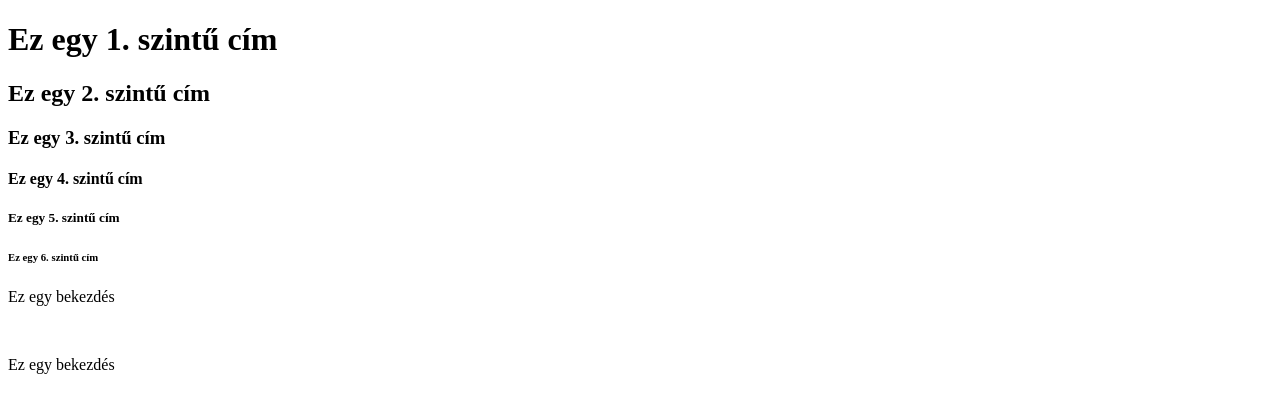
Repository: doomhyena/Web
Page: 2.óra/inedx.html
An editor plug-in stored every save of this project. The page is shown before and after the next save, followed by the edit.
The browser window is 1280 px wide. The pictures show the whole page.

Above is the page before, as saved 2024-09-13 10:43:11.

### 2.óra/inedx.html
<!DOCTYPE html>
<html>
   <head>
       <!-- ITT ADHATOD MEG AZ OLDAL NEVÉT -->
       <title>2.óra</title>

       <!-- AZ OLDALLAL KAPCSOLATOS FONTOS ADATOK -->
       <meta charset='UTF-8'>
       <meta name='description' content='2.óra // 2024.09.13'>
       <meta name='keywords' content='Keresést, Segítő, Szavak, Vesszővel, Elválasztva'>
       <meta name='author' content='Neved'>
       <meta name='viewport' content='width=device-width, initial-scale=1.0'>
   </head>
   <body>
    <h1>Ez egy 1. szintű cím</h1>
    <h2>Ez egy 2. szintű cím</h2>
    <h3>Ez egy 3. szintű cím</h3>
    <h4>Ez egy 4. szintű cím</h4>
    <h5>Ez egy 5. szintű cím</h5>
    <h6>Ez egy 6. szintű cím</h6>
    <p>Ez egy bekezdés</p> <br> <p>Ez egy bekezdés</p>
   </body>
</html>

After the next save:
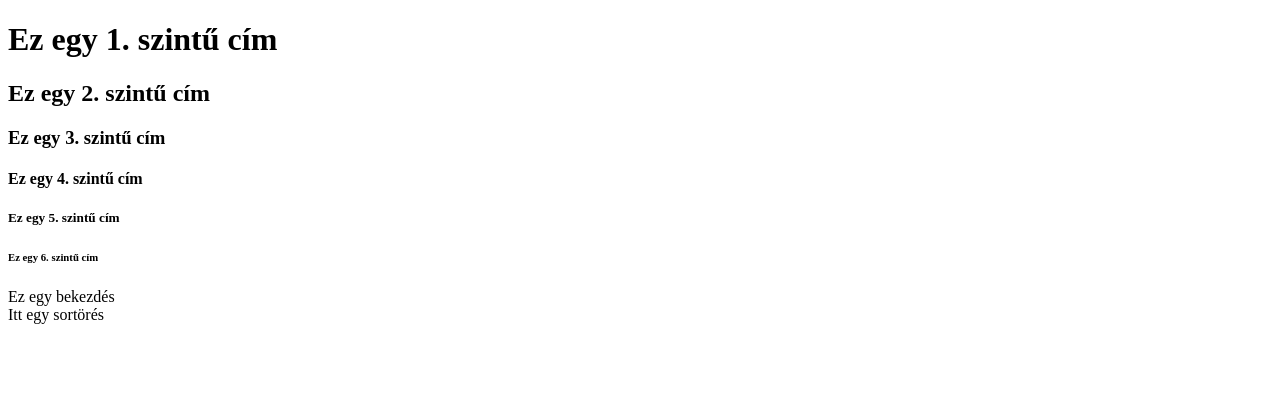
Saved 45 s later.
--- a/2.óra/inedx.html
+++ b/2.óra/inedx.html
@@ -18,6 +18,6 @@
     <h4>Ez egy 4. szintű cím</h4>
     <h5>Ez egy 5. szintű cím</h5>
     <h6>Ez egy 6. szintű cím</h6>
-    <p>Ez egy bekezdés</p> <br> <p>Ez egy bekezdés</p>
+    <p>Ez egy bekezdés <br> Itt egy sortörés </p>
    </body>
 </html>
